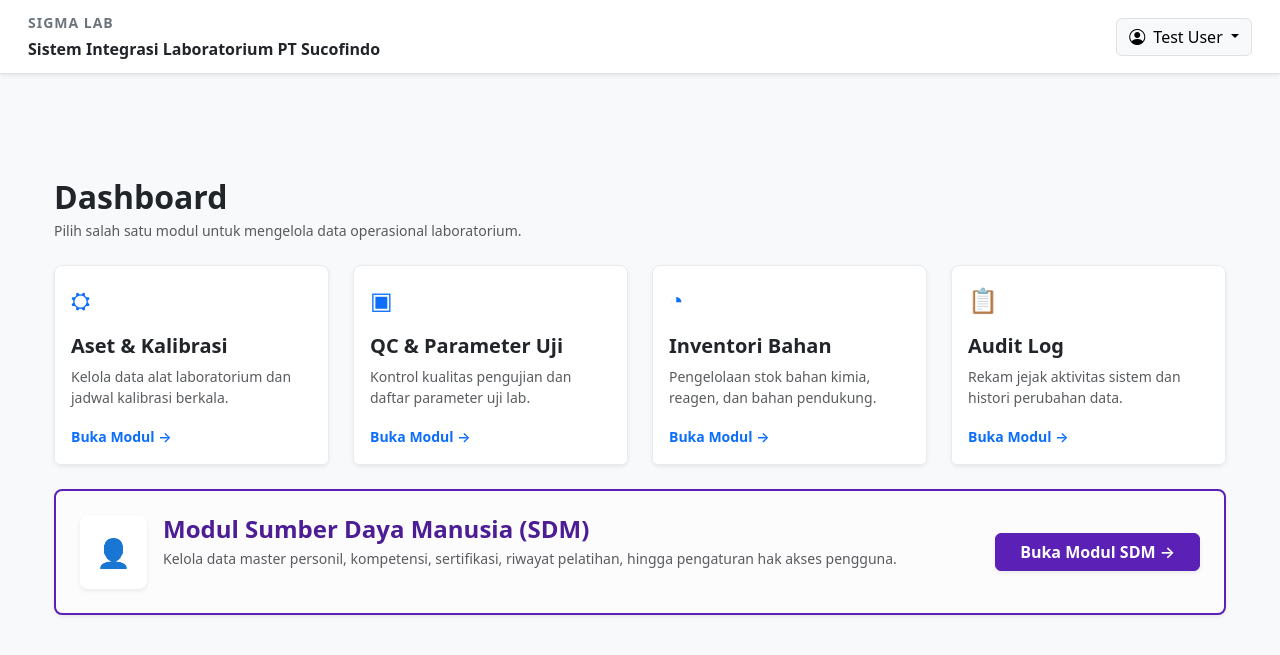
Repository: amelianeesa/sigmalab
Page: http://localhost/dashboard
The author's editor kept a copy of each file at every save. The page is drawn from the files as they stood at one save, then again after the next save.
The browser window is 1280 px wide. The pictures show the whole page.
The page is served by the project's Laravel application, run on PHP 8.4 with Laravel 12. A made-up administrator, Test User (test@example.com), is signed in.

Above is the page before, as saved 2026-08-06 11:47:38.

After the next save:
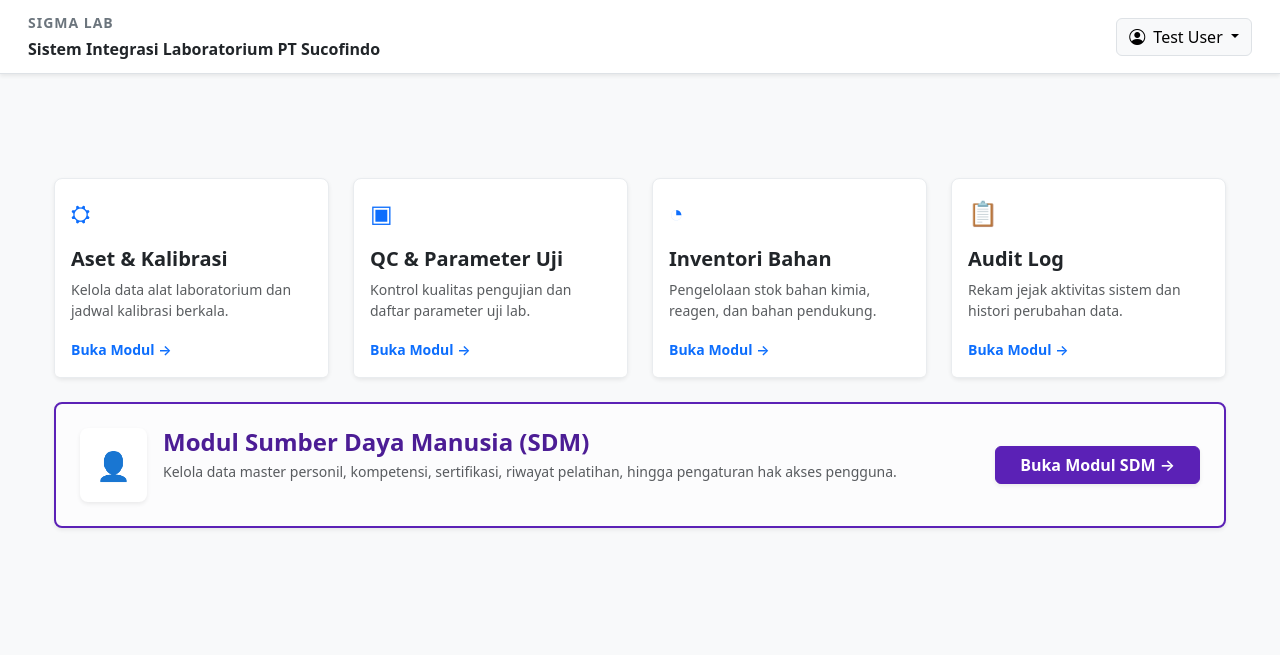
Saved 49 s later.
--- a/resources/views/dashboard-index.blade.php
+++ b/resources/views/dashboard-index.blade.php
@@ -3,13 +3,6 @@
 @section('content')
 <div class="container-fluid px-4 py-4">
 
-    <!-- Header -->
-    <div class="mb-4">
-        <div>
-            <h2 class="fw-bold mb-1">Dashboard</h2>
-            <p class="mb-0 text-muted small">Pilih salah satu modul untuk mengelola data operasional laboratorium.</p>
-        </div>
-    </div>
 
     <!-- Modul Tiles -->
     <div class="row g-4">
